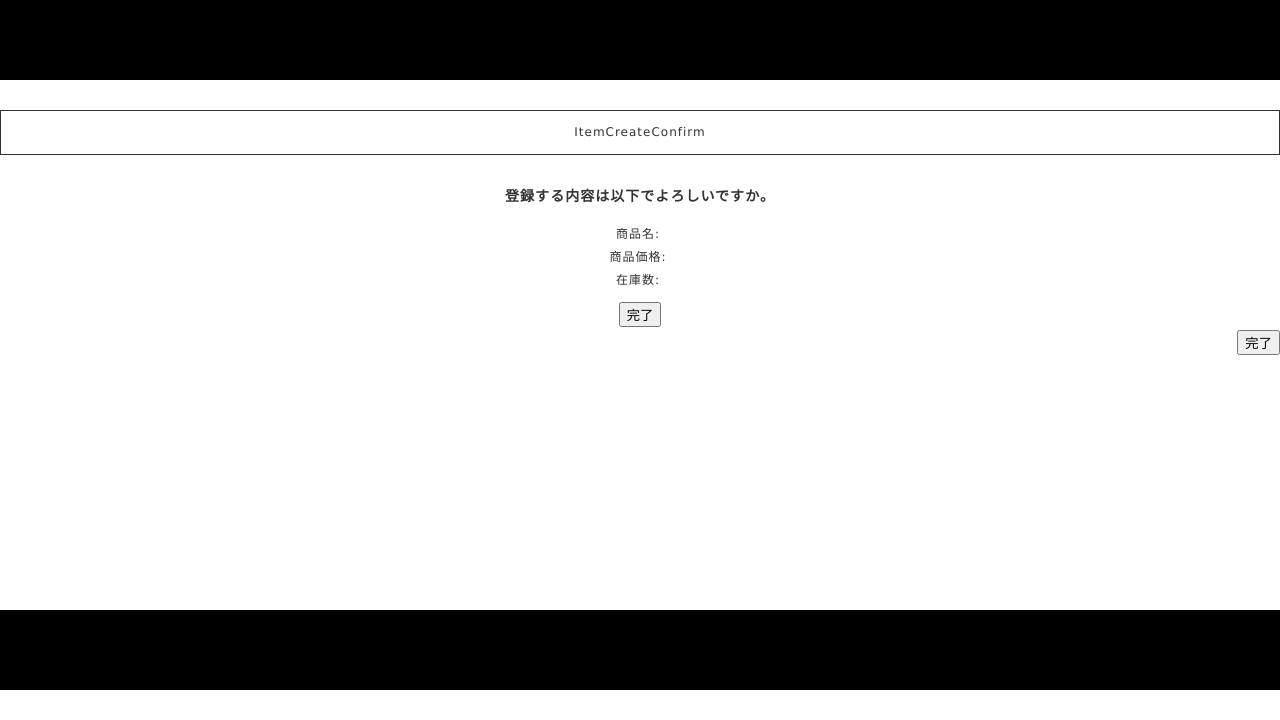
Repository: hirose0320/test
Page: http://localhost/ecsite2/itemCreateConfirm.jsp
The author's editor kept a copy of each file at every save. The page is drawn from the files as they stood at one save, then again after the next save.
The browser window is 1280 px wide. The pictures show the whole page.
Some web libraries are served in a nearby version. The page is served by Tomcat 9.

Above is the page before, as saved 2019-03-06 02:55:16.

After the next save:
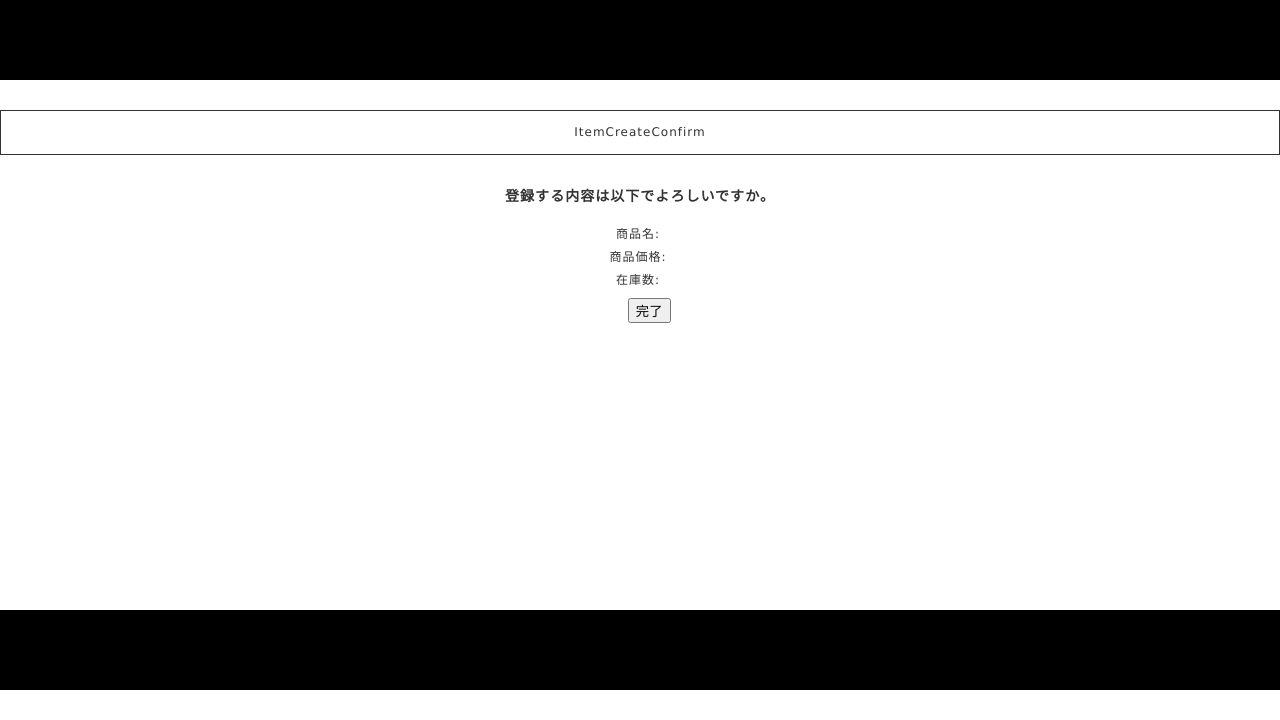
Saved 62 s later.
--- a/ecsite2/WebContent/itemCreateConfirm.jsp
+++ b/ecsite2/WebContent/itemCreateConfirm.jsp
@@ -89,9 +89,6 @@
 						<td><s:property value="STOCK" escape="false" /></td>
 					</tr>
 					<tr>
-						<s:form action="ItemCreateAction">
-							<td><s:submit value="完了" /></td>
-						</s:form>
 						<td><s:submit value="完了" /></td>
 					</tr>
 				</s:form>
